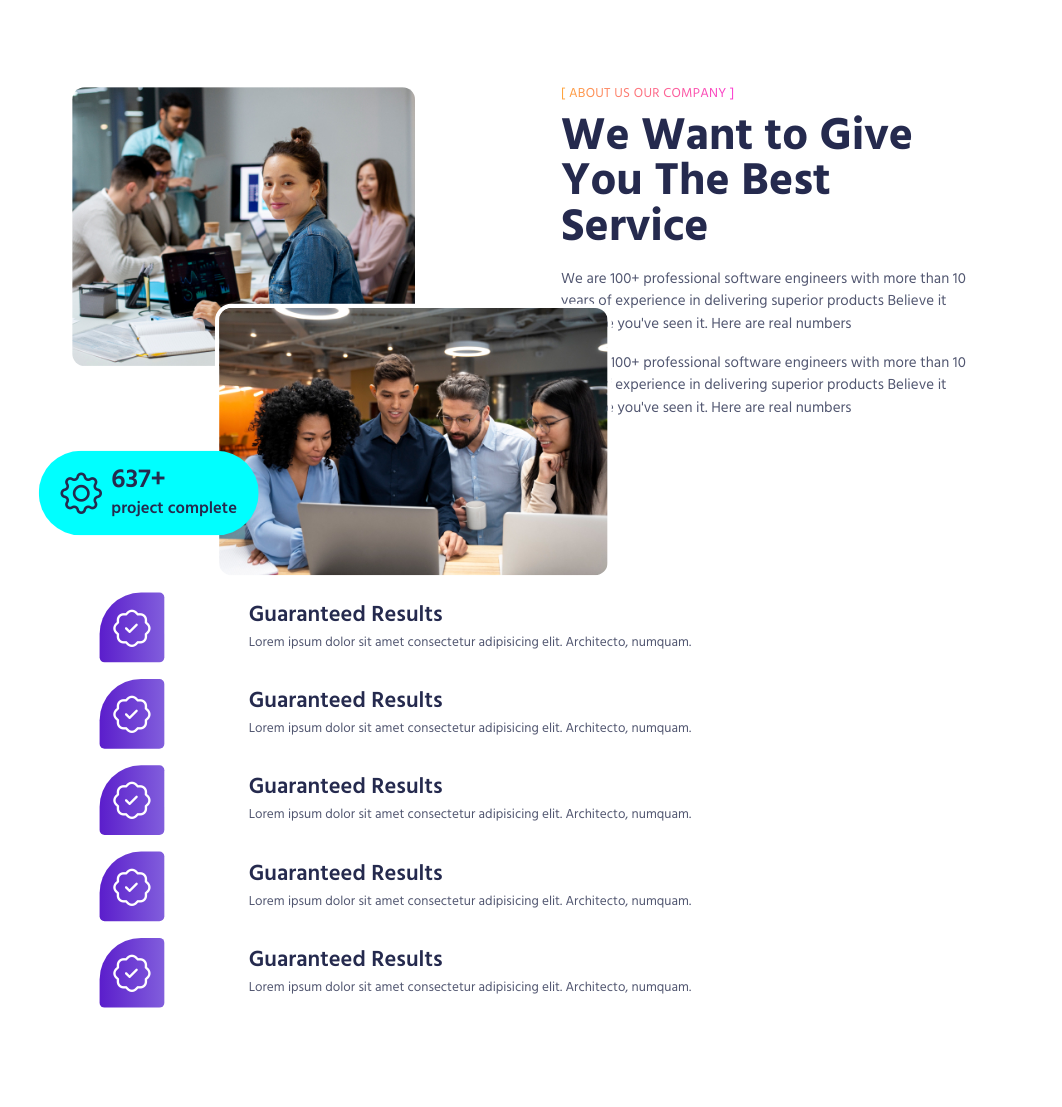
Repository: tagnam/mirehel2.0
Page: about.html
These files come from the project's save history. The page is drawn as it stood at one moment and after the next save; the edit follows.
The browser window is 1280 px wide. The pictures show the whole page, at 83% of full size.

Above is the page before, as saved 2025-02-03 12:25:41.

After the next save:
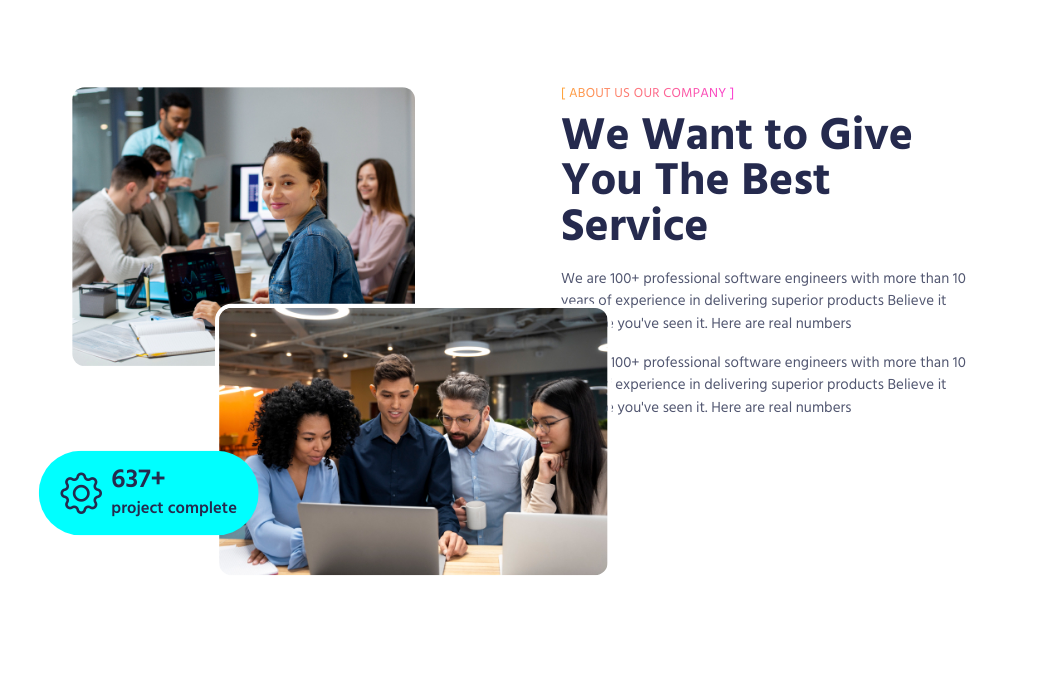
Saved 36 s later.
--- a/about.html
+++ b/about.html
@@ -51,46 +51,7 @@
                         </div>
                     </div>
                 </div>
-                <div class="about-right-container">
-                    <ul class="about-list">
-                        <li class="about-list-item">
-                            <div class="col-lg-2 about-icon"><i class="bi bi-patch-check"></i></div>
-                            <div class="col-lg-10">
-                                <div class="about-list-title"> Guaranteed Results</div>
-                                <div class="about-list-text"><p>Lorem ipsum dolor sit amet consectetur adipisicing elit. Architecto, numquam.</p></div>
-                            </div>
-                        </li>
 
-                        <li class="about-list-item">
-                            <div class="col-lg-2 about-icon"><i class="bi bi-patch-check"></i></div>
-                            <div class="col-lg-10">
-                                <div class="about-list-title">Guaranteed Results</div>
-                                <div class="about-list-text"><p>Lorem ipsum dolor sit amet consectetur adipisicing elit. Architecto, numquam.</p></div>
-                            </div>
-                        </li>
-                        <li class="about-list-item">
-                            <div class="col-lg-2 about-icon"><i class="bi bi-patch-check"></i></div>
-                            <div class="col-lg-10">
-                                <div class="about-list-title">Guaranteed Results</div>
-                                <div class="about-list-text"><p>Lorem ipsum dolor sit amet consectetur adipisicing elit. Architecto, numquam.</p></div>
-                            </div>
-                        </li>
-                        <li class="about-list-item">
-                            <div class="col-lg-2 about-icon"><i class="bi bi-patch-check"></i></div>
-                            <div class="col-lg-10">
-                                <div class="about-list-title">Guaranteed Results</div>
-                                <div class="about-list-text"><p>Lorem ipsum dolor sit amet consectetur adipisicing elit. Architecto, numquam.</p></div>
-                            </div>
-                        </li>
-                        <li class="about-list-item">
-                            <div class="col-lg-2 about-icon"><i class="bi bi-patch-check"></i></div>
-                            <div class="col-lg-10">
-                                <div class="about-list-title">Guaranteed Results</div>
-                                <div class="about-list-text"><p>Lorem ipsum dolor sit amet consectetur adipisicing elit. Architecto, numquam.</p></div>
-                            </div>
-                        </li>
-                    </ul>
-            </div>
             </div>
         </div>
     </div>
